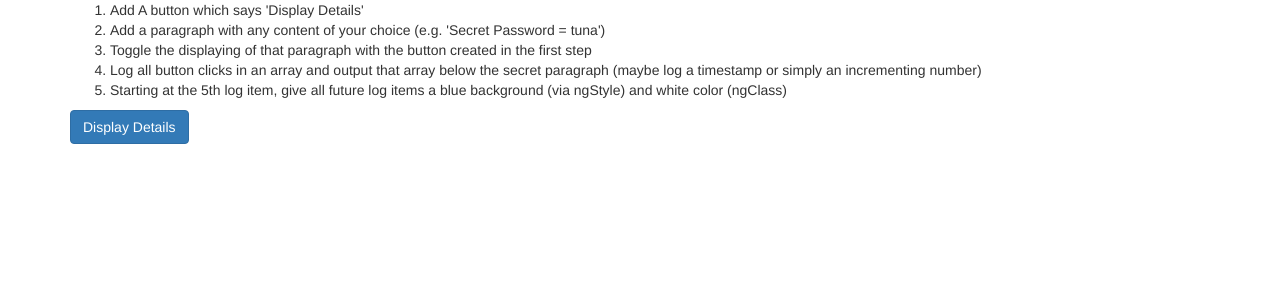
Repository: warrior1803-wang/Angular-Practices
Page: /
These files come from the project's save history. The page is drawn as it stood at one moment and after the next save; the edit follows.
The browser window is 1280 px wide. The pictures show the whole page.
The project was rebuilt for these pictures with package versions that can differ from the ones it lists, and the page was loaded fresh each time. Also part of the build but not shown: angular.json.

Above is the page before, as saved 2022-11-03 21:48:14.

After the next save:
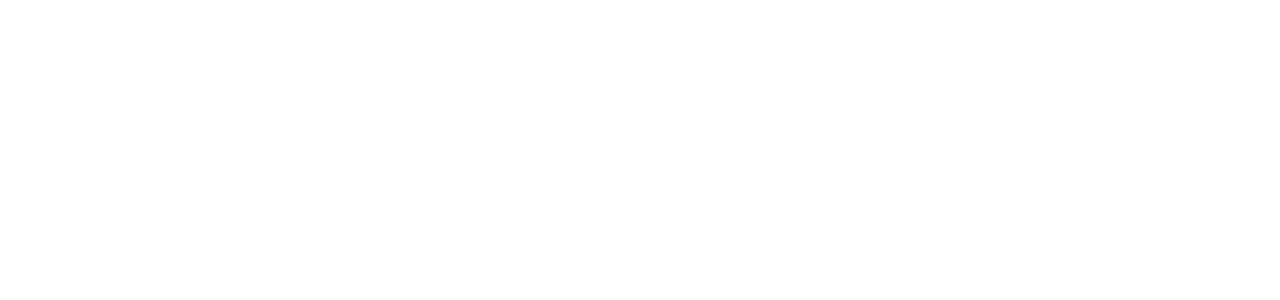
Saved 2 min 38 s later.
--- a/src/app/app.component.html
+++ b/src/app/app.component.html
@@ -24,7 +24,7 @@
       <button class="btn btn-primary" (click)="onClick()">
         Display Details
       </button>
-      <p *ngIf="showSecret" ngFor="let se of secrets"></p>
+      <p *ngIf="showSecret" *ngFor="let se of secrets"></p>
     </div>
   </div>
 </div>

After the 2 saves that followed:
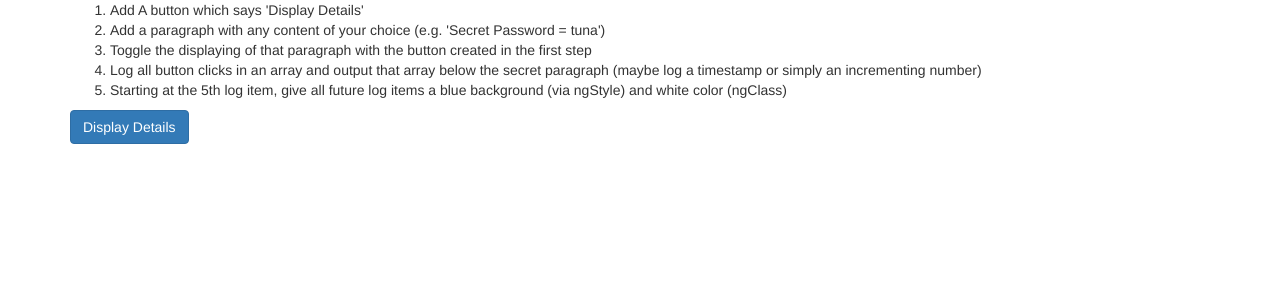
The 2 saves are shown as one change because 1 left the picture as it was.
The last was saved 44 s later.
--- a/src/app/app.component.html
+++ b/src/app/app.component.html
@@ -24,7 +24,9 @@
       <button class="btn btn-primary" (click)="onClick()">
         Display Details
       </button>
-      <p *ngIf="showSecret" *ngFor="let se of secrets"></p>
+      <p *ngIf="showSecret">
+        <li *ngFor="let se of secrets"></li>
+      </p>
     </div>
   </div>
 </div>
